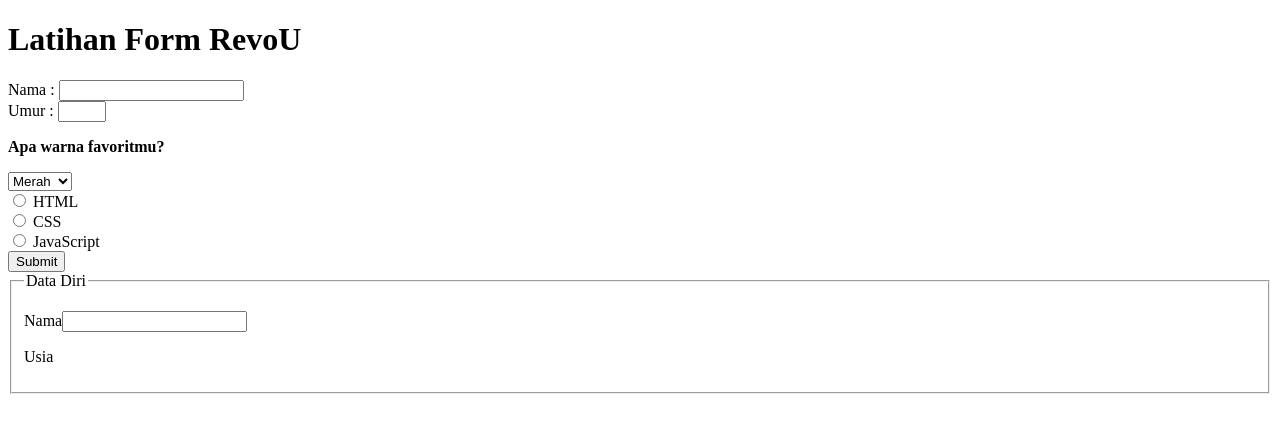
Repository: esramrsln/day2_RevoU
Page: form.html
The author's editor kept a copy of each file at every save. The page is drawn from the files as they stood at one save, then again after the next save.
The browser window is 1280 px wide. The pictures show the whole page.

Above is the page before, as saved 2024-07-23 21:44:13.

### form.html
<!DOCTYPE html>
<html>
<head>
    <meta charset="UTF-8" />
    <title>Membuat Form sederhana</title>
</head>
<body>
    <h1>Latihan Form RevoU</h1>
    <form action="https://search.yahoo.com/search?d=%7b%22dn%22%3a%22yk%22%2c%22subdn%22%3a%22company%22%2c%22ykid%22%3a%225929ee1f-b3d5-4187-90c2-a7bf3ccba9d0%22%7d&fr2=p%3ads%2cv%3aomn%2cm%3asa%2cbrws%3achrome%2cpos%3a1&fr=mcafee&type=E211US714G0&p=Google" method="post">
        <label for="name">Nama :</label>
        <input id="name" type="text"/>
        <br>
        <label for="umur">Umur :</label>
        <input id="umur" type="number" min="1" max="9">
        <p><b> Apa warna favoritmu?</b></p>
        <select name="" id="">
            <option value="">Merah</option>
            <option value="">Kuning</option>
            <option value="">Hijau</option>
        </select>

        <br>
        <input type="radio" name="fav_language" id="html" value="HTML">
        <label for="html">HTML</label><br>

        <input type="radio" name="fav_language" id="css" value="CSS">
        <label for="html">CSS</label><br>

        <input type="radio" name="fav_language" id="javascript" value="JavaScript">
        <label for="html">JavaScript</label><br>

        <input type="Submit" value="Submit">

    </form>


    <fieldset>
        <legend>Data Diri</legend>
        <p><label for="nama">Nama</label><input type="text" name="nama"></p>
        <p><label for="usia">Usia</label></p>
    </fieldset>
</body>
</html>

After the next save:
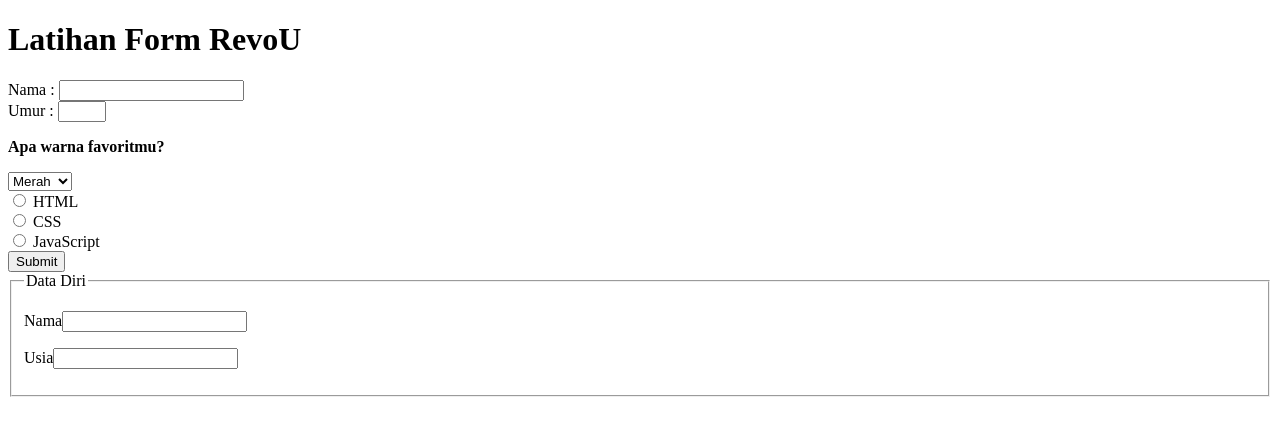
Saved 4 s later.
--- a/form.html
+++ b/form.html
@@ -37,7 +37,7 @@
     <fieldset>
         <legend>Data Diri</legend>
         <p><label for="nama">Nama</label><input type="text" name="nama"></p>
-        <p><label for="usia">Usia</label></p>
+        <p><label for="usia">Usia</label><input type="number" name="usia">  </p>
     </fieldset>
 </body>
 </html>
